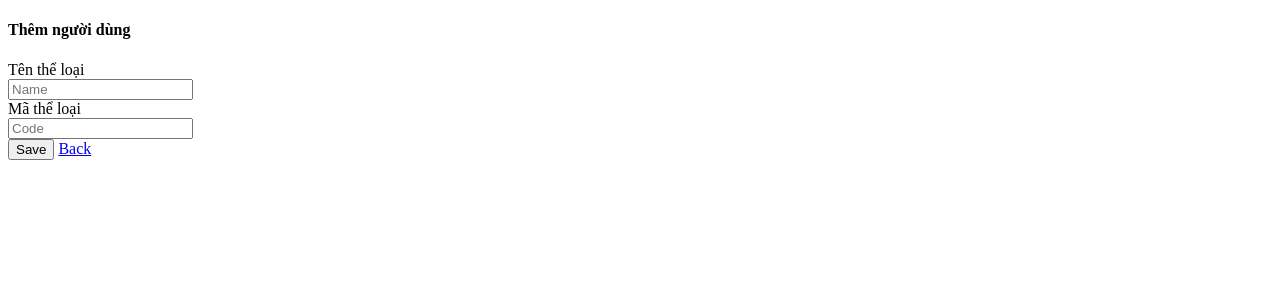
Repository: Hai1820/News
Page: http://localhost/Servlet-Basic/views/admin/user/add.jsp
These files come from the project's save history. The page is drawn as it stood at one moment and after the next save; the edit follows.
The browser window is 1280 px wide. The pictures show the whole page.
The page is served by Tomcat 9. Nobody is signed in. The application's start-up code is not run.

Above is the page before, as saved 2021-07-17 15:56:37.

After the next save:
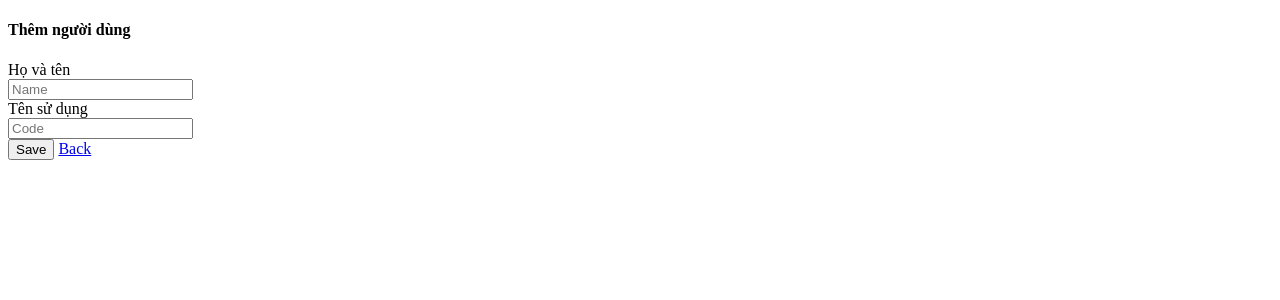
Saved 38 s later.
--- a/Servlet-Basic/src/main/webapp/views/admin/user/add.jsp
+++ b/Servlet-Basic/src/main/webapp/views/admin/user/add.jsp
@@ -24,16 +24,16 @@
 					<input type="hidden" name="id" value=""
 						class="form-control form-control-line">
 					<div class="form-group">
-						<label class="col-md-12">Tên thể loại</label>
+						<label class="col-md-12">Họ và tên</label>
 						<div class="col-md-12">
-							<input value="" name="name" type="text" placeholder="Name"
+							<input value="" name="fullname" type="text" placeholder="Name"
 								class="form-control form-control-line">
 						</div>
 					</div>
 					<div class="form-group">
-						<label class="col-md-12">Mã thể loại</label>
+						<label class="col-md-12">Tên sử dụng</label>
 						<div class="col-md-12">
-							<input value="" name="code" type="text" placeholder="Code"
+							<input value="" name="username" type="text" placeholder="Code"
 								class="form-control form-control-line">
 						</div>
 					</div>
